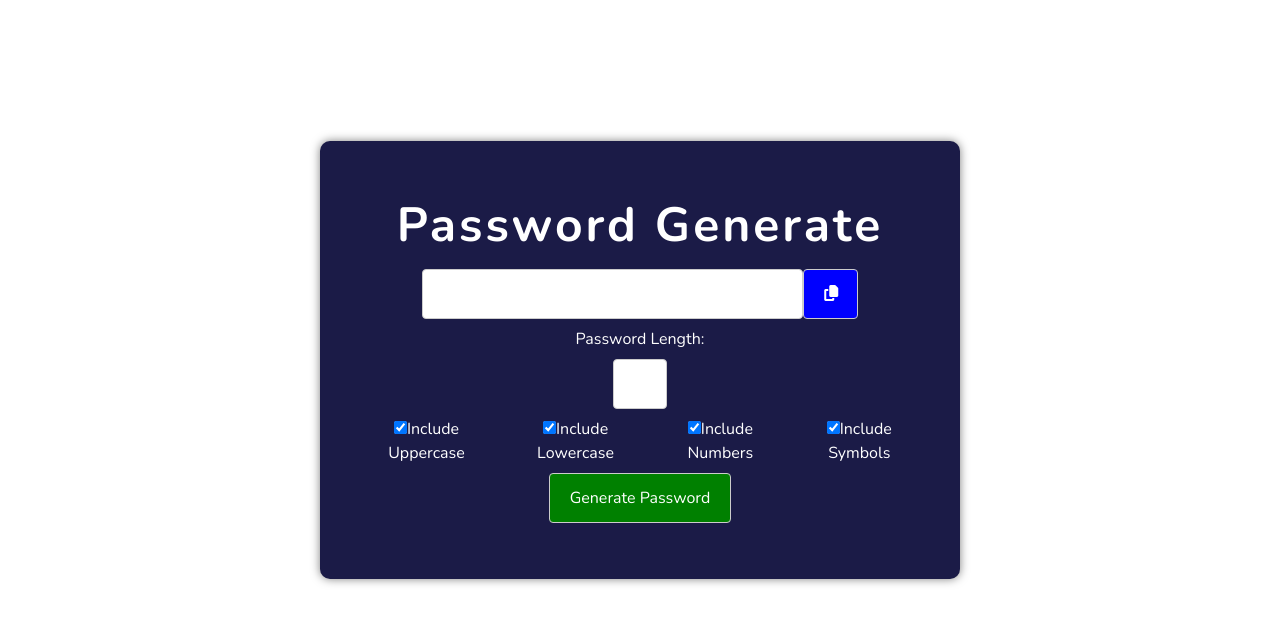
Repository: sriram1224/Password-generator
Page: / (app in password-generator/)
These files come from the project's save history. The page is drawn as it stood at one moment and after the next save; the edit follows.
The browser window is 1280 px wide. The pictures show the whole page.
Some web fonts or font styles are not loaded; a fallback is used. Some web libraries are served in a nearby version. The project was rebuilt for these pictures with package versions that can differ from the ones it lists, and the page was loaded fresh each time.

Above is the page before, as saved 2024-03-10 22:01:08.

After the next save:
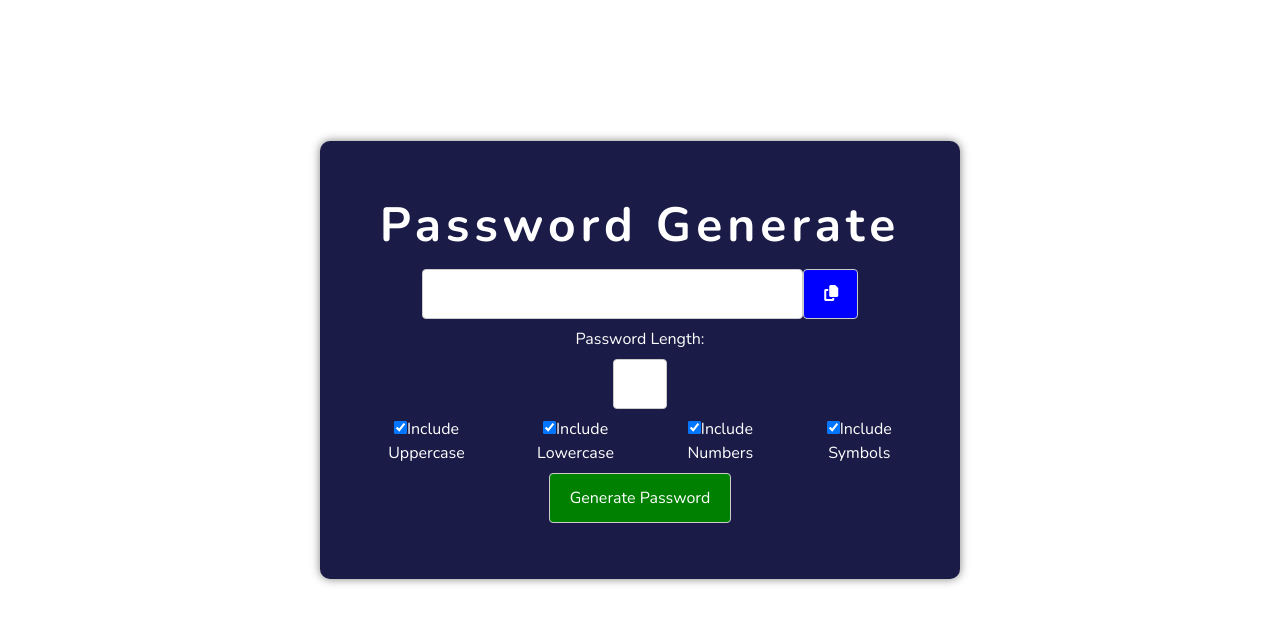
Saved 15 s later.
--- a/password-generator/src/Components/content.css
+++ b/password-generator/src/Components/content.css
@@ -78,6 +78,6 @@
 }
 .main h1{
     font-size: 3rem;
-    letter-spacing: 3px;
+    letter-spacing: 5px;
     font-weight: 700;
 }
